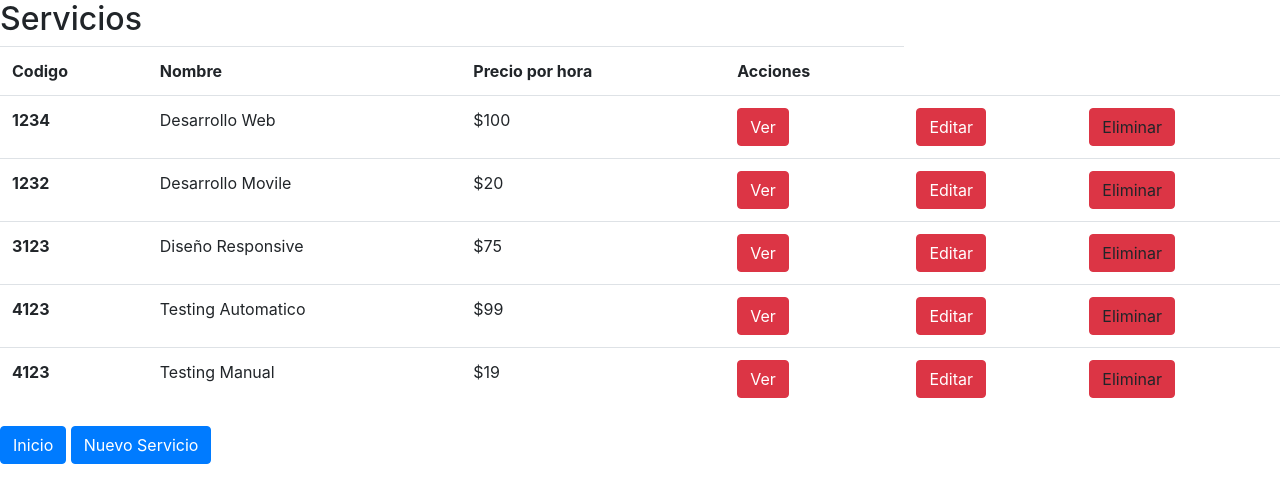
Repository: Alemartinez97/New-Repository
Page: programacion-3/tp4/carrito/detalleCompra/servicio.html
The author's editor kept a copy of each file at every save. The page is drawn from the files as they stood at one save, then again after the next save.
The browser window is 1280 px wide. The pictures show the whole page.

Above is the page before, as saved 2020-06-18 17:24:27.

After the next save:
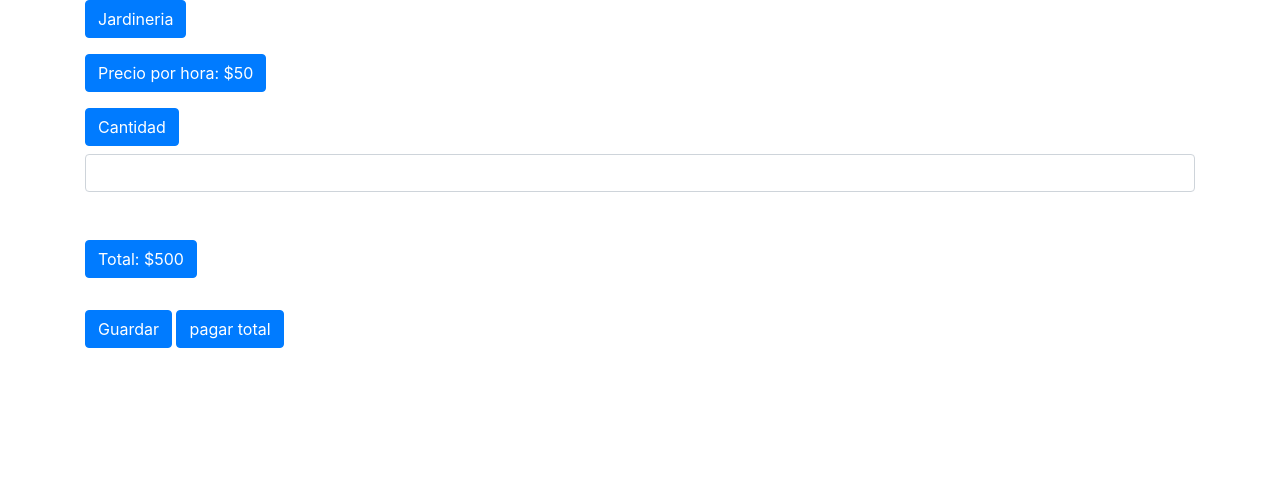
Saved 72 s later.
--- a/programacion-3/tp4/carrito/detalleCompra/servicio.html
+++ b/programacion-3/tp4/carrito/detalleCompra/servicio.html
@@ -7,58 +7,24 @@
     <link rel="stylesheet" href="https://stackpath.bootstrapcdn.com/bootstrap/4.5.0/css/bootstrap.min.css" integrity="sha384-9aIt2nRpC12Uk9gS9baDl411NQApFmC26EwAOH8WgZl5MYYxFfc+NcPb1dKGj7Sk" crossorigin="anonymous">
 </head>
 <body>
-    <table class="table">
-        <h2>Servicios</h2>
-        <tbody>
-          <tr>
-            <th>Codigo</th>
-            <th>Nombre</th>
-            <th>Precio por hora</th>
-            <th>Acciones</th>
-          </tr>
-          <tr>
-            <th>1234</th>
-            <td>Desarrollo Web</td>
-            <td>$100</td>
-            <td><a href="ver/ver.html" class="btn btn-danger">Ver</a></td>
-            <td><a href="ver/ver.html" class="btn btn-danger">Editar</a></td>
-            <td><a class="btn btn-danger">Eliminar</a></td>
-          </tr>
-          <tr>
-            <th>1232</th>
-            <td>Desarrollo Movile</td>
-            <td>$20</td>
-            <td><a href="ver/ver.html" class="btn btn-danger">Ver</a></td>
-            <td><a href="ver/ver.html" class="btn btn-danger">Editar</a></td>
-            <td><a class="btn btn-danger">Eliminar</a></td>
-          </tr>
-          <tr>
-            <th>3123</th>
-            <td>Diseño Responsive</td>
-            <td>$75</td>
-            <td><a href="ver/ver.html" class="btn btn-danger">Ver</a></td>
-            <td><a href="ver/ver.html" class="btn btn-danger">Editar</a></td>
-            <td><a class="btn btn-danger">Eliminar</a></td>
-          </tr>
-          <tr>
-            <th>4123</th>
-            <td>Testing Automatico</td>
-            <td>$99</td>
-            <td><a href="ver/ver.html" class="btn btn-danger">Ver</a></td>
-            <td><a href="ver/ver.html" class="btn btn-danger">Editar</a></td>
-            <td><a class="btn btn-danger">Eliminar</a></td>
-          </tr>
-          <tr>
-            <th>4123</th>
-            <td>Testing Manual</td>
-            <td>$19</td>
-            <td><a href="ver/ver.html" class="btn btn-danger">Ver</a></td>
-            <td><a href="ver/ver.html" class="btn btn-danger">Editar</a></td>
-            <td><a class="btn btn-danger">Eliminar</a></td>
-          </tr>
-        </tbody>
-      </table>
-      <a href="../index.html" class="btn btn-primary">Inicio</a>
-      <a href="../servicios/formulario/form.html" class="btn btn-primary">Nuevo Servicio</a>
+    <div class="container">
+        <form class="form-group">
+            <p class="btn btn-primary">Jardineria</p>
+        </br>
+        <p class="btn btn-primary">Precio por hora: $50</p>
+        </br>
+            <label for="" class="btn btn-primary">Cantidad</label>
+            <input type="number" id="marca" class="form-control"  aria-describedby="emailHelp" required><br>
+        </br>
+        <p class="btn btn-primary">Total: $500</p>
+    </br>
+        </form>
+
+
+        <a href="../carrito.html" class="btn btn-primary">Guardar</a>
+        <button onclick="enviarDatos()" class="btn btn-primary">pagar total</button>
+        <h3 id="resultado"></h3>
+        <script src="../../js/producto.js"></script>
+    </div>
 </body>
 </html>
